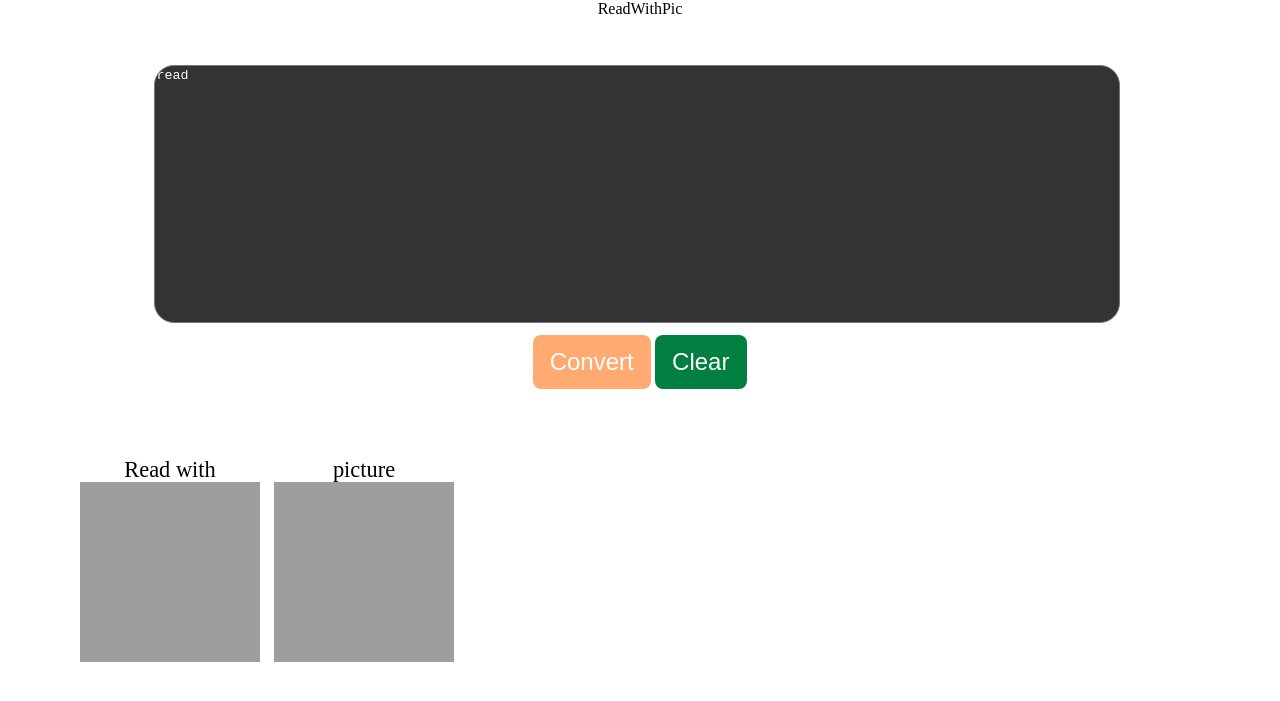
Repository: readwithpic/readwithpic.github.io
Page: platform14.html
The author's editor kept a record of every edit. The page is drawn from the files as they stood at one moment, then again after the next edit.
The browser window is 1280 px wide. The pictures show the whole page.
Pictures or frames that could not be fetched are drawn as grey boxes. Some web libraries are served in a nearby version.

Above is the page before.
Console error: TypeError: Cannot read properties of undefined (reading 'length')

After the next edit:
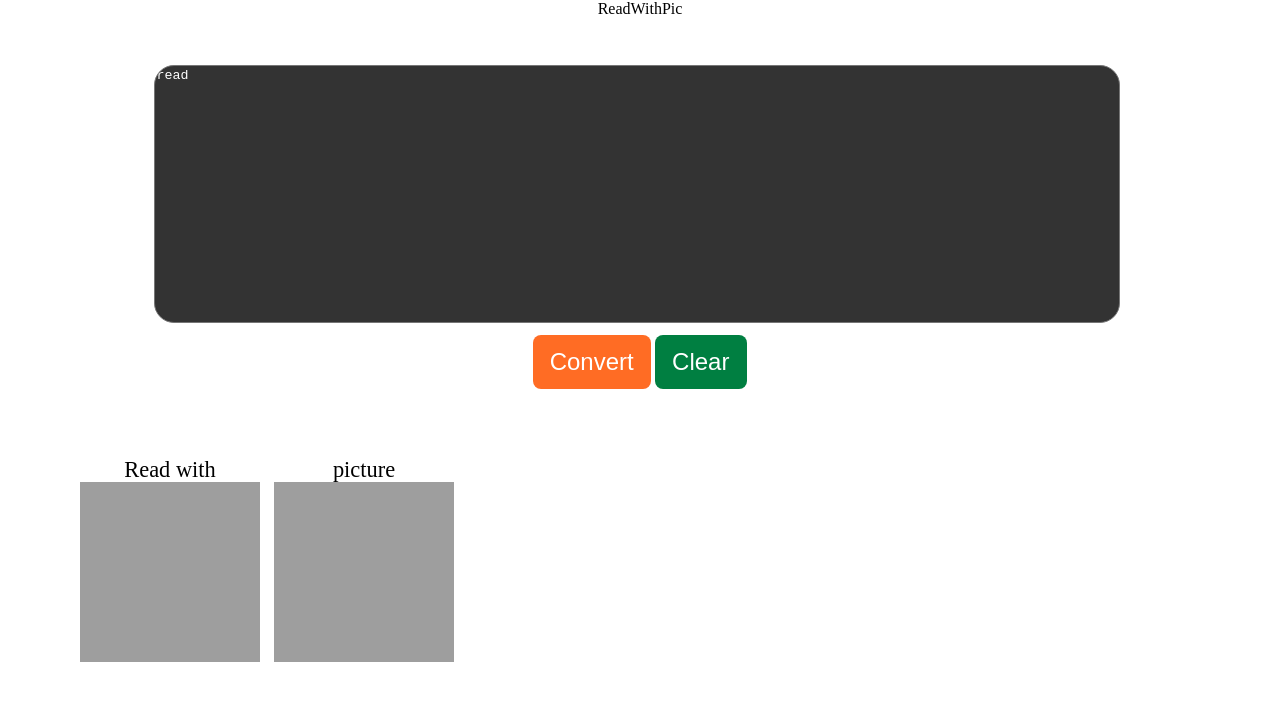
The edit:
--- a/platform14.html
+++ b/platform14.html
@@ -21,7 +21,7 @@
 
                 <div class="mainGroup">
                     <div class="group">
-                         <button type="button" id="convert" disabled>Convert</button>
+                         <button type="button" id="convert" >Convert</button>
                         <button type="button" id="clear">Clear</button>
                     </div>
                 </div>
